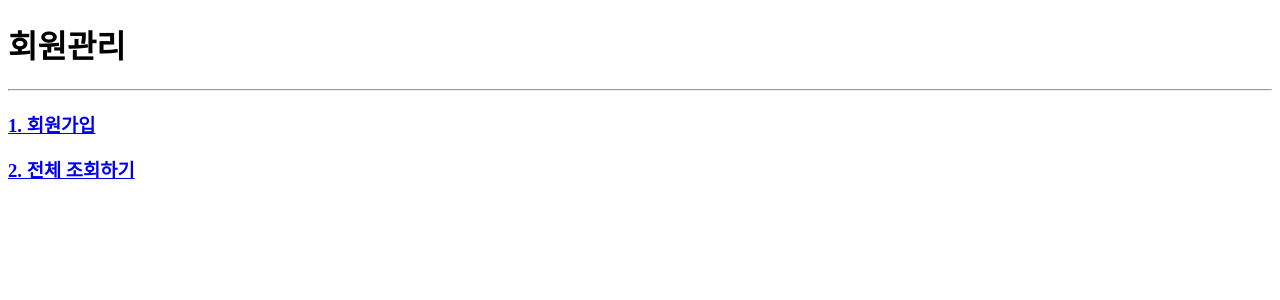
Repository: beescuit9510/toyProjects
Page: http://localhost/05_jspDbProject/
The author's editor kept a copy of each file at every save. The page is drawn from the files as they stood at one save, then again after the next save.
The browser window is 1280 px wide. The pictures show the whole page.
The page is served by Tomcat 9.

Above is the page before, as saved 2021-09-30 06:51:36.

After the next save:
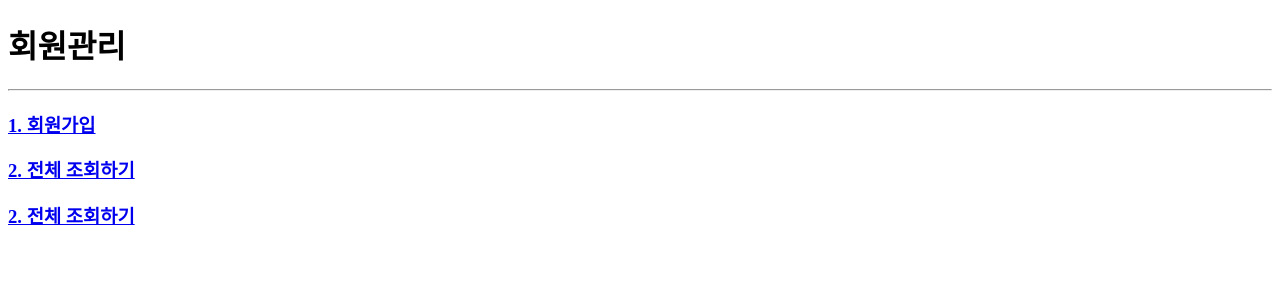
Saved 73 s later.
--- a/web-server-workplace/05_jspDbProject/src/main/webapp/index.jsp
+++ b/web-server-workplace/05_jspDbProject/src/main/webapp/index.jsp
@@ -11,5 +11,6 @@
 	<hr>
 	<h3><a href="/05_jspDbProject/views/joinFrm.jsp">1. 회원가입</a></h3>
 	<h3><a href="/05_jspDbProject/views/allMember.jsp">2. 전체 조회하기</a></h3>
+	<h3><a href="/05_jspDbProject/views/loginFrm.jsp">2. 전체 조회하기</a></h3>
 </body>
 </html>
